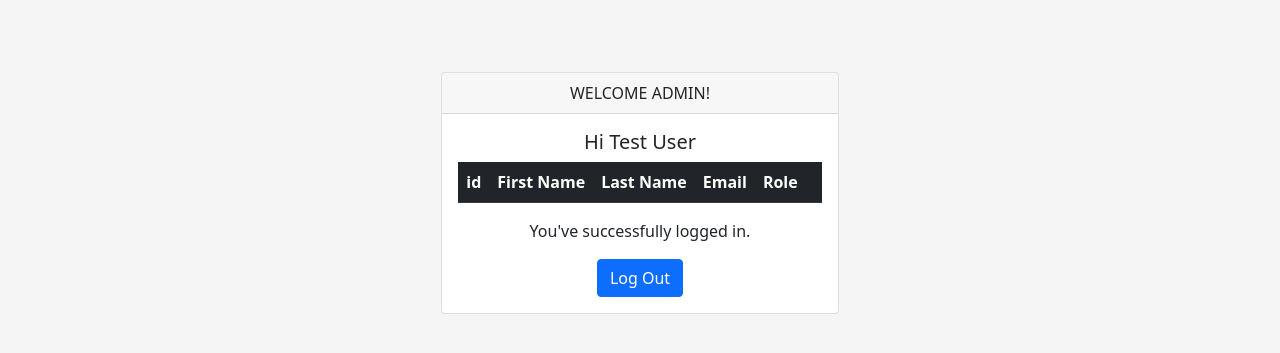
Repository: rabin-bhandari/LOGIN-SIGNUP
Page: http://localhost/welcome.php
An editor plug-in stored every save of this project. The page is shown before and after the next save, followed by the edit.
The browser window is 1280 px wide. The pictures show the whole page.
The page is run by PHP 8.4 with error messages shown; the project is at /var/www/html/. The session is filled in as if someone had signed in: {"email": "test@example.com", "first_name": "Test User", "last_name": "Test User", "id": 1, "admin": 1}. Queries for data that is not in the repository find no rows.

Above is the page before, as saved 2022-03-27 20:50:08.

After the next save:
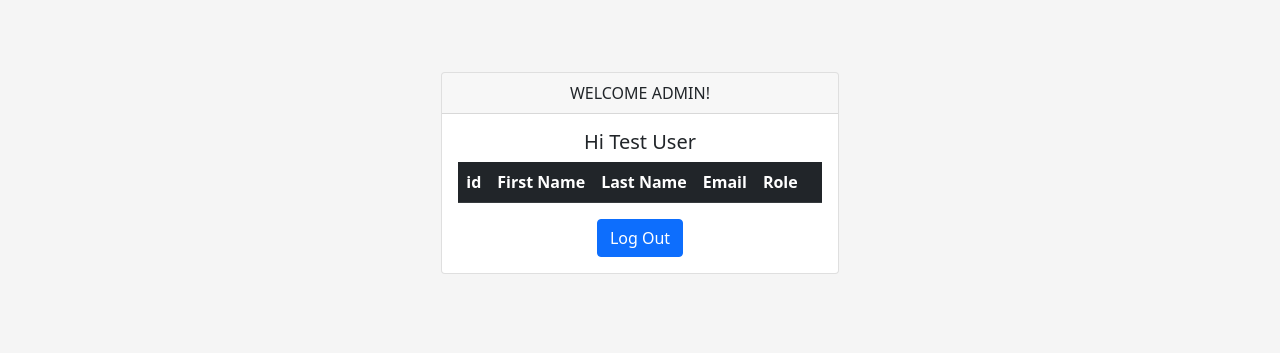
Saved 63 s later.
--- a/welcome.php
+++ b/welcome.php
@@ -68,7 +68,6 @@ if (isset($_SESSION['id']) && isset($_SESSION['email'])) {
                 <?php } ?>
               </tbody>
             </table>
-            <p class="card-text">You've successfully logged in.</p>
             <a href="logout.php" class="btn btn-primary">Log Out</a>
           </div>
         </div>
